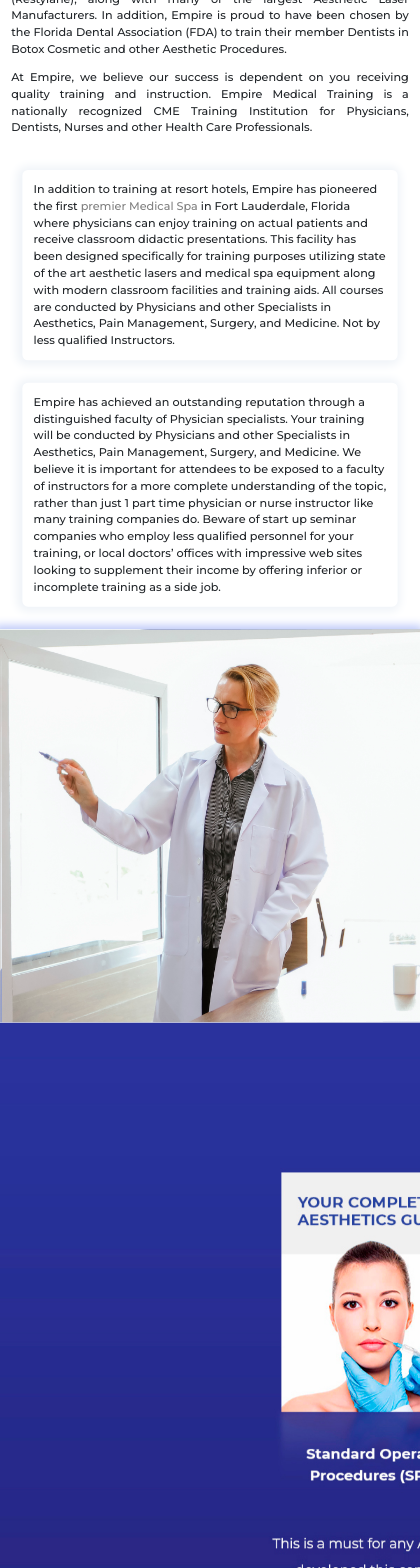
Repository: jorgi710/BODY-CONTOURING-INJECTABLES-AND-ADJUNCT-PROCEDURES
Page: our quarantee/file/public/index.html
The author's editor kept a copy of each file at every save. The page is drawn from the files as they stood at one save, then again after the next save.
The browser window is 600 px wide. The pictures show the part of the page from y = 3364 to 5604 px (the page is 7838 px tall before and 7763 px after), at 70% of full size.

Above is the page before, as saved 2021-04-06 23:42:48.

After the next save:
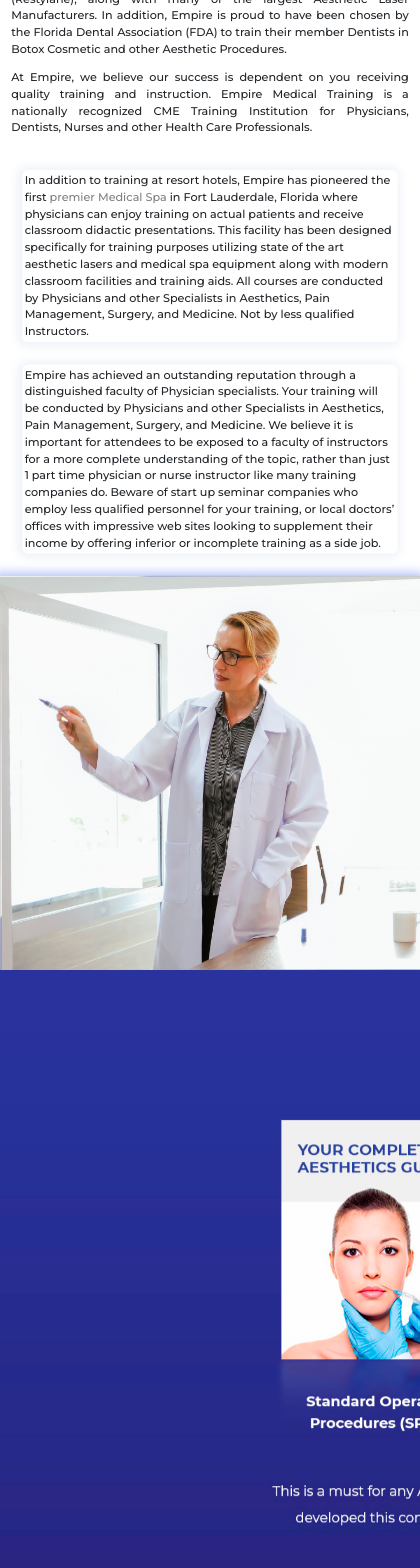
Saved 11 s later.
--- a/our quarantee/file/public/css/style.css
+++ b/our quarantee/file/public/css/style.css
@@ -308,7 +308,7 @@
     font-size: 1rem;
     text-align: start;
     margin: 2rem 2rem;
-    padding: 1rem;
+    padding: 0.2rem;
     box-shadow: -2px 1px 13px 6px #eff3f8;
     border-radius: 0.5rem;
   }
